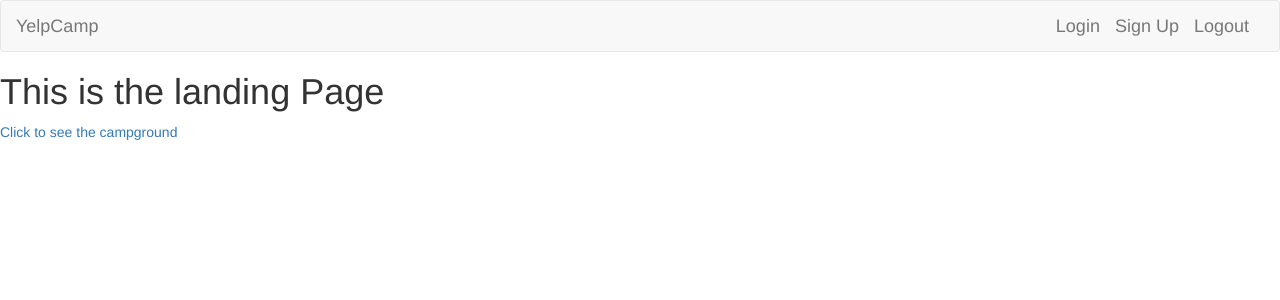
Repository: nittoorp/Web-Developement
Page: http://localhost/
The author's editor kept a record of every edit. The page is drawn from the files as they stood at one moment, then again after the next edit.
The browser window is 1280 px wide. The pictures show the whole page.
The page is served by the project's Node server (YelpCamp/v6/app.js).

Above is the page before.

After the next edit:
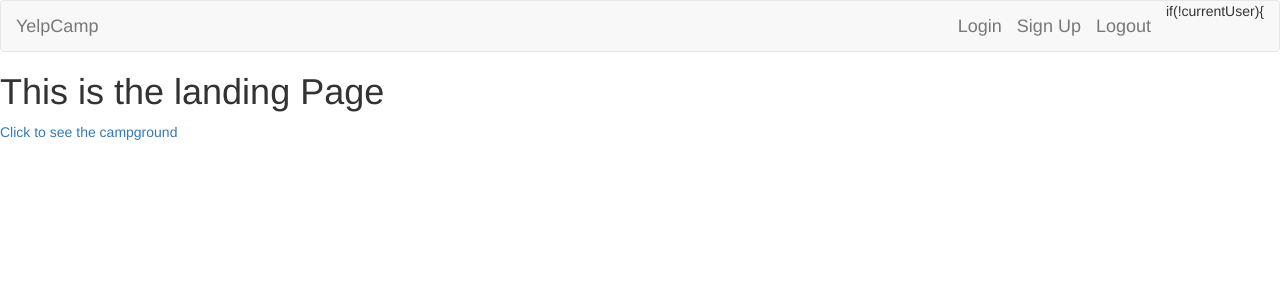
The edit:
--- a/YelpCamp/v6/views/partials/header.ejs
+++ b/YelpCamp/v6/views/partials/header.ejs
@@ -13,6 +13,7 @@
                 </div>
                 <div class="collapse navbar-collapse">
                     <ul class="nav navbar-nav navbar-right">
+                        if(!currentUser){
                         <li><a class="navbar-brand" href="/login">Login</a></li>
                         <li><a class="navbar-brand" href="/register">Sign Up</a></li>
                         <li><a class="navbar-brand" href="/logout">Logout</a></li>
